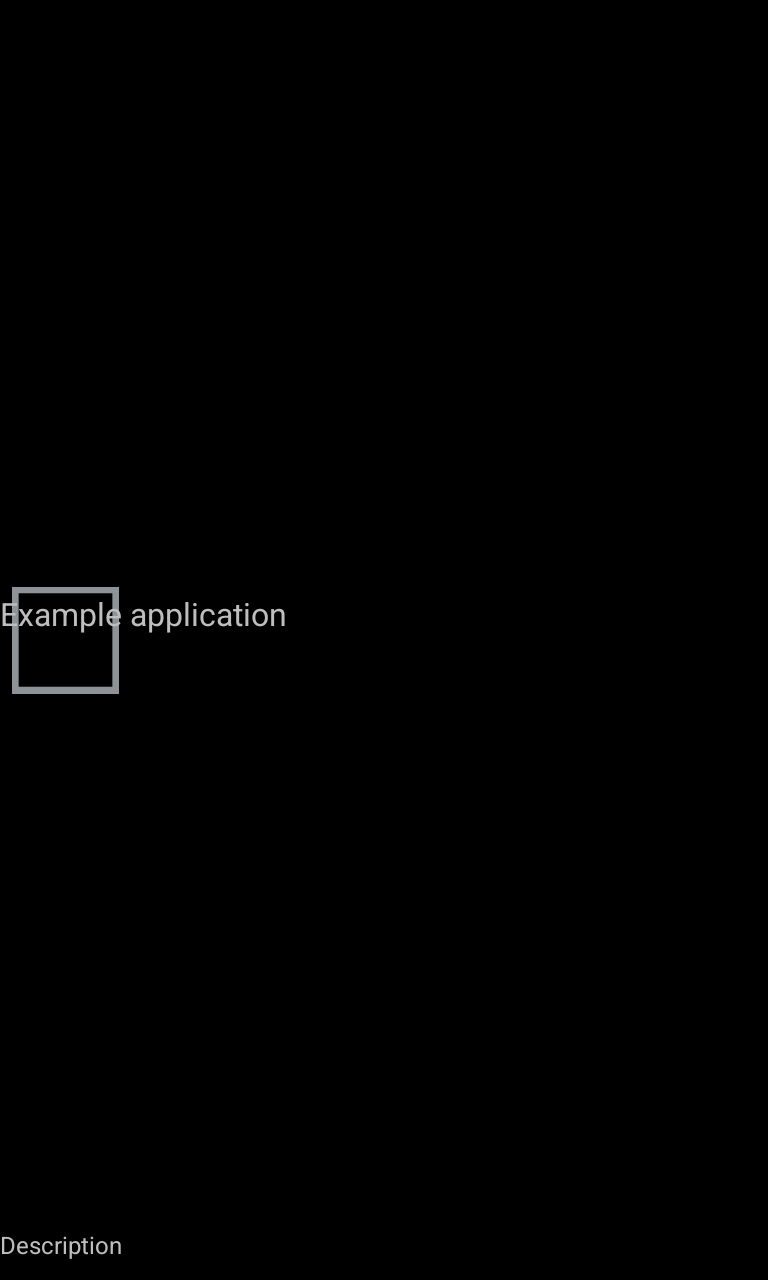
Repository: easyCZ/UoE-Projects
Layout: UG3-SELP/res/layout/sidebar_drawer.xml
These files come from the project's save history. The layout is drawn as it stood at one moment and after the next save; the edit follows.
It is drawn on a 768 x 1280 px phone screen (xhdpi) without system bars, with theme android:Theme.Black.NoTitleBar; the app's code is not run.

Above is the layout before, as saved 2013-12-05 14:53:52.

### UG3-SELP/res/layout/sidebar_drawer.xml
<?xml version="1.0" encoding="utf-8"?>
<RelativeLayout xmlns:android="http://schemas.android.com/apk/res/android"
    android:layout_width="match_parent"
    android:layout_height="match_parent" >

    <ImageView
        android:id="@+id/sidebarIcon"
        android:layout_width="wrap_content"
        android:layout_height="fill_parent"
        android:layout_alignParentBottom="true"
        android:layout_alignParentTop="true"
        android:layout_marginRight="6dp"
        android:layout_marginLeft="6dp"
        android:contentDescription="@string/sidebarContentDesc"
        android:src="@drawable/checkbox_unchecked"/>

    <TextView
        android:id="@+id/secondLine"
        android:layout_width="fill_parent"
        android:layout_height="26dip"
        android:layout_alignParentBottom="true"
        android:layout_alignParentRight="true"
        android:layout_toRightOf="@id/icon"
        android:ellipsize="marquee"
        android:singleLine="true"
        android:text="Description"
        android:textSize="12sp" />

    <TextView
        android:layout_width="fill_parent"
        android:layout_height="wrap_content"
        android:layout_above="@id/secondLine"
        android:layout_alignParentRight="true"
        android:layout_alignParentTop="true"
        android:layout_alignWithParentIfMissing="true"
        android:layout_toRightOf="@id/icon"
        android:gravity="center_vertical"
        android:text="Example application"
        android:textSize="16sp" />


</RelativeLayout>

### UG3-SELP/res/values/strings.xml
<?xml version="1.0" encoding="utf-8"?>
<resources>

    <string name="app_name">UoE Informatics Timetable</string>
    <string name="action_settings">Settings</string>
    <string name="service_name">XML Downloader</string>
    <string name="title_activity_class_detail_fragment">ClassDetailFragment</string>
    <string name="optionsBtnDesc">Options</string>
    <string name="settingsBtnDesc">Settings</string>
    <string name="searchBtnDesc">Settings</string>
    <string name="searchHint">Search..</string>
    <string name="availableCourses">Available courses:</string>
    <string name="sidebarContentDesc">Course Image</string>

</resources>

After the next save:
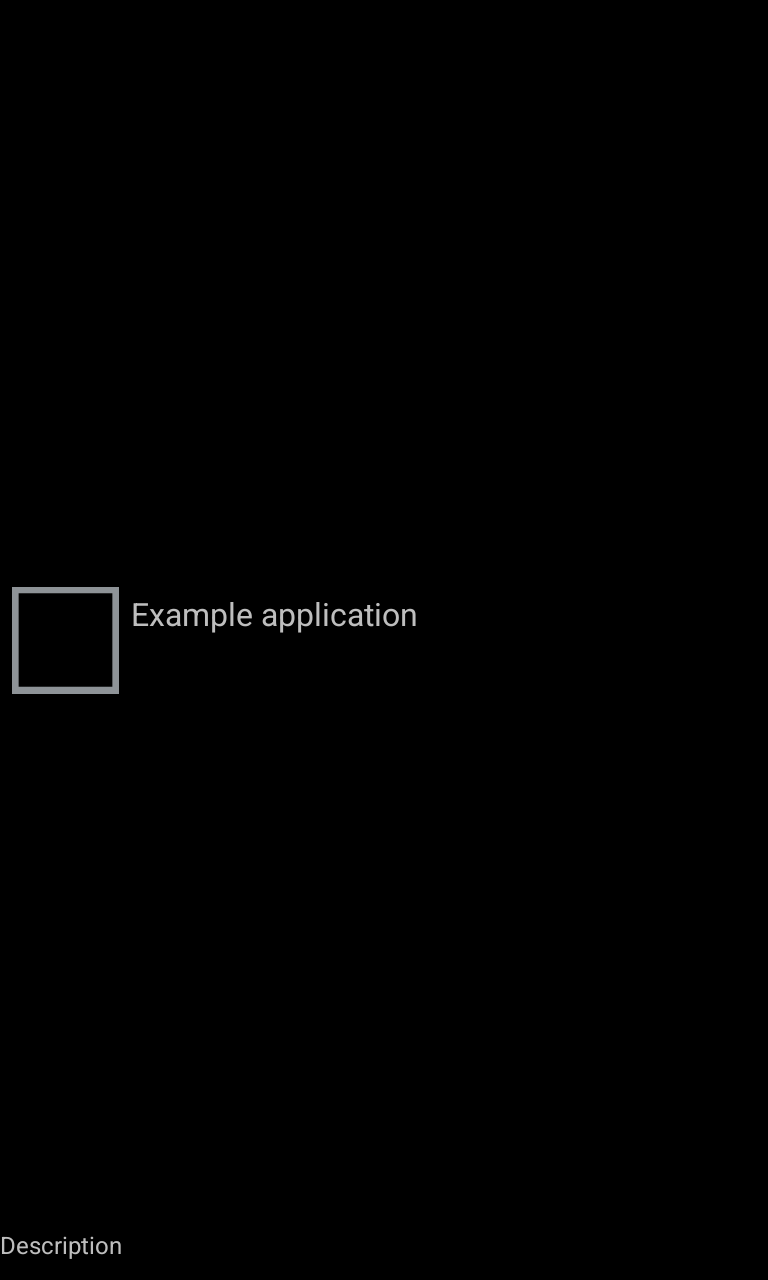
Saved 11 s later.
--- a/UG3-SELP/res/layout/sidebar_drawer.xml
+++ b/UG3-SELP/res/layout/sidebar_drawer.xml
@@ -33,7 +33,7 @@
         android:layout_alignParentRight="true"
         android:layout_alignParentTop="true"
         android:layout_alignWithParentIfMissing="true"
-        android:layout_toRightOf="@id/icon"
+        android:layout_toRightOf="@id/sidebarIcon"
         android:gravity="center_vertical"
         android:text="Example application"
         android:textSize="16sp" />
